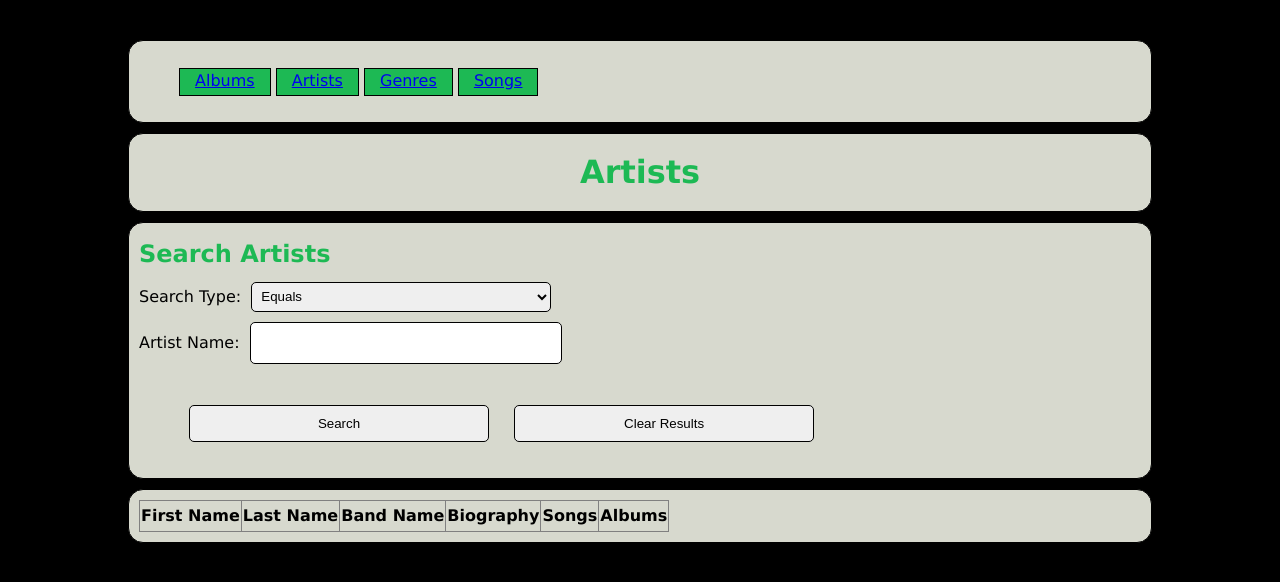
Repository: RRGTHWAR/bkg16_INFSCI1017
Page: bkg16_Music_FinalProject/WebContent/artist.html
The author's editor kept a copy of each file at every save. The page is drawn from the files as they stood at one save, then again after the next save.
The browser window is 1280 px wide. The pictures show the whole page.

Above is the page before, as saved 2019-04-18 01:22:28.

### bkg16_Music_FinalProject/WebContent/artist.html
<!DOCTYPE html>
<html>
<head>
<meta charset="UTF-8">
<title>Artists</title>
<link href="css/style.css" rel="stylesheet" type="text/css" />
<script src="js/jquery-3.3.1.min.js"></script>
</head>
<body>
	<div id="navBar">
		<ul>
			<li><a href="album.html" title="Albums">Albums</a></li>
			<li><a href="artist.html" title="Artists">Artists</a></li>
			<li><a href="genre.html" title="Genres">Genres</a></li>
			<li><a href="song.html" title="Songs">Songs</a></li>
		</ul>
	</div>
	<h1 id="mainHeader" >Artists</h1>
	<div id="artistSearch" class="searchBox" >
		<h2>Search Artists</h2>
		<div>
			Search Type:
			<select name="searchType" id="searchType" class="textField">
				<option value="equals">Equals</option>
				<option value="begins">Begins</option>
				<option value="ends">Ends</option>
				<option value="contains">Contains</option>
				<option value="">All</option>
			</select>
		</div>
		<div>
			Artist Name: <input type="text" id="artistName" name="artistName" value="" class="textField" />
		</div>
		<div id="btns" >
			<ul>
				<li><input type="button" id="btnSearch" name="btnSubmit" class="actButton" value="Search" /></li>
				<li><input type="button" id="btnClear" name ="btnClear" class="actButton" value="Clear Results" /></li>
			</ul>
		</div>
	</div>

	<div id="searchResults">
		<div id="targetName" ></div>
		<table border="1" id="tblSearchResults">
			<tr>
				<th>First Name</th>
				<th>Last Name</th>
				<th>Band Name</th>
				<th>Biography</th>
				<th>Songs</th>
				<th>Albums</th>
			</tr>
		</table>
	</div>

	</body>
	<script>

		$(document).ready(function (){

			// Check for song ID in address (which would mean the page was reached via a song link).
			// If song ID exists, retrieve song title via SongWS.
			if (window.location.href.indexOf("?songID=") > -1) {
				var addy = window.location.href;
				var songID = addy.substring(addy.indexOf("=") + 1);
				var songTitle = ""
					var url = "SongWS?songID=" + songID;
					$.get(url, function(resp) {
						songTitle = resp.title;
						// Add h2 with song title.
						var targetName = "<h2>Song Title: " + songTitle + "</h2>";
						$("#targetName").append(targetName);
					});
				// Pull list of artists associated with target song.
				var url = "ArtistListWS?songID=" + songID;
				$.get(url, function(resp){
					parseArtistData(resp);
				})
			};

			// Check for album ID in address (which would mean the page was reached via an album link).
			// If song ID exists, retrieve song title via SongWS.
			if (window.location.href.indexOf("?albumID=") > -1) {
				var addy = window.location.href;
				var albumID = addy.substring(addy.indexOf("=") + 1);
				var albumTitle = ""
					var url = "AlbumWS?albumID=" + albumID;
					$.get(url, function(resp) {
						albumTitle = resp.title;
						// Add h2 with album title.
						var targetName = "<h2>Album Title: " + albumTitle + "</h2>";
						$("#targetName").append(targetName);
					});
				// Pull list of artists associated with target album.
				var url = "ArtistListWS?albumID=" + albumID;
				$.get(url, function(resp){
					parseArtistData(resp);
				})
			};

			// Load "Clear" button functionality.
			$("#btnClear").click(function (){
				clearResultsTable();
			});

			// Load "Search" button functionality.
			$("#btnSearch").click(function (){
				search();
			});

			// Autocomplete listener that activates if more than two characters have bene entered in search term field.
			$("#artistName").keyup(function(){
				var keyPressed = $("#artistName").val();
				if(keyPressed.length > 2) {
					search();
				} else {
					clearResultsTable();
				}
			});
		});

		// Main search function.
		function search(optSearchType) {
			clearResultsTable();
			var artistName = $("#artistName").val();
			var searchType = "";
			// Logic for dealing with optional parameters.
			if(optSearchType === undefined) {
				var searchType = $("#searchType").val();
			} else{
				searchType = optSearchType;
			}
			var url = "ArtistListWS?artistName=" + artistName + "&searchType=" + searchType;
			$.get(url, function(resp){
				parseArtistData(resp);
			})
		}

		function parseArtistData(data){
			var result = "";

			for(var i=0; i < data.length; i++) {
				var tr = $("<tr></tr>"); //Created empty html table row

				//First data cell
				var td = $("<td></td>"); //Created empty html table data
				td.html(data[i].first_name);
				tr.append(td);

				//Second data cell
				td = $("<td></td>");
				td.html(data[i].last_name);
				tr.append(td);

				//Third data cell
				td = $("<td></td>");
				td.html(data[i].band_name);
				tr.append(td);

				//Fourth data cell
				td = $("<td></td>");
				td.html(data[i].bio);
				tr.append(td);

				//Fifth data cell
				td = $("<td class='songLink'></td>");
				var link = "<a href='song.html?artistID=" + data[i].artist_id + "'>View Songs</a>";
				td.html(link);
				tr.append(td);

				//Sixth data cell
				td = $("<td class='albumLink'></td>");
				var link = "<a href='album.html?artistID=" + data[i].artist_id + "'>View Albums</a>";
				td.html(link);
				tr.append(td);

				//Append row to table
				$("#tblSearchResults").append(tr);
			}

		}

		// Function to clear results table when necessary.
		// Source: https://stackoverflow.com/questions/2620181/clear-table-jquery
		function clearResultsTable() {
			$("#tblSearchResults td").parent().remove();
			$("#targetName").remove();
		}

		// Function to make pressing "Enter" the same as clicking "Search."
		//Source: https://memorynotfound.com/detect-enter-keypress-javascript-jquery/
		$(document).keypress(function(e) {
			var keycode = (e.keyCode ? e.keyCode : e.which);
			if (keycode == '13') {
				$("#btnSearch").click();
			}
		});

	</script>
</html>

### bkg16_Music_FinalProject/WebContent/css/style.css
@charset "UTF-8";

html, body {
	background-color: black;
}

body {
	font-family: Verdana, Geneva, sans-serif;
	font-size: 100%;
	width: 80%;
	margin-right: auto;
	margin-left: auto;
	padding: 2.5% 2.5% 0;
	line-height: 1.8;
}

h1, h2, h3, h4, h5, h6, p {
	margin: 0;
	padding: 0;
}

h1, h2, h3, h4, h5, h6 {
	color: #1DB954;
}

p {
	margin-bottom: 1em;
}

#navBar {
	background-color: #D7D9CE;
	border: 1px solid #000;
	padding: 10px;
	border-radius: 15px;
}

#navBar ul li {
	background-color: #1DB954;
	margin-left: 0;
	margin-bottom: 10px;
	padding: 2px 15px 5px;
	border: 1px solid #000;
	list-style: none;
	display: inline;
}

#mainHeader {
	background-color: #D7D9CE;
	border: 1px solid #000;
	padding: 10px;
	margin-top: 10px;
	border-radius: 15px;
	text-align: center;
}

.searchBox {
	background-color: #D7D9CE;
	border: 1px solid #000;
	padding: 10px;
	margin-top: 10px;
	border-radius: 15px;
	margin-bottom: 10px;
}

.textField {
	border: 1px solid #000;
	border-radius: 5px;
	padding: 5px;
	margin: 5px;
	width: 300px;
	height: 30px;
}

#searchResults {
	background-color: #D7D9CE;
	border: 1px solid #000;
	padding: 10px;
	margin-top: 10px;
	border-radius: 15px;
	display: block;
	margin: 0 auto;
}

#btns ul li {
	padding: 10px;
	margin-top: 10px;
	border-radius: 15px;
	text-align: center;
	list-style: none;
	display: inline-block;
}

input[type=button] {
	border: 1px solid #000;
	padding: 10px;
	border-radius: 5px;
	display: inline-block;
	margin: 0 auto;
	width: 300px;
}

#tblSearchResults {
	border-collapse: collapse;
}

#tblSearchResults tr th td {
	border: 1px solid #000;
	padding: 5px;
	border-collapse: collapse;
	display: inline-block;
	margin: 0 auto;
	text-align: center;
}

Loaded but not shown: bkg16_Music_FinalProject/WebContent/js/jquery-3.3.1.min.js (library)

After the next save:
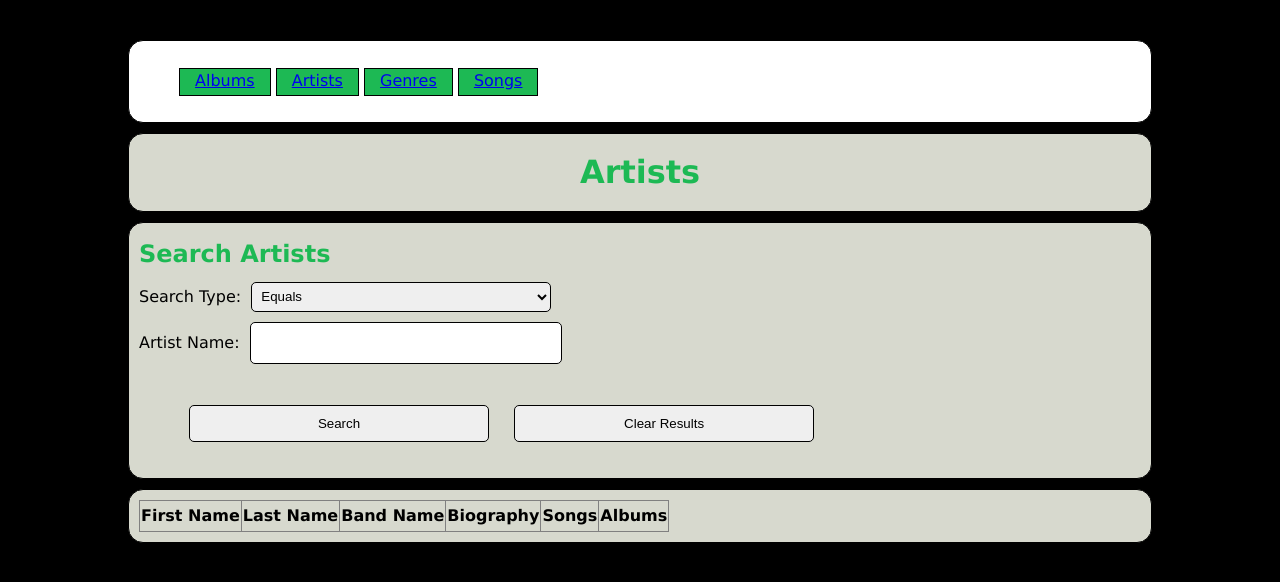
Saved 2 min 24 s later.
--- a/bkg16_Music_FinalProject/WebContent/css/style.css
+++ b/bkg16_Music_FinalProject/WebContent/css/style.css
@@ -28,7 +28,7 @@
 }
 
 #navBar {
-	background-color: #D7D9CE;
+	background-color: #FFF;
 	border: 1px solid #000;
 	padding: 10px;
 	border-radius: 15px;

After the save that followed:
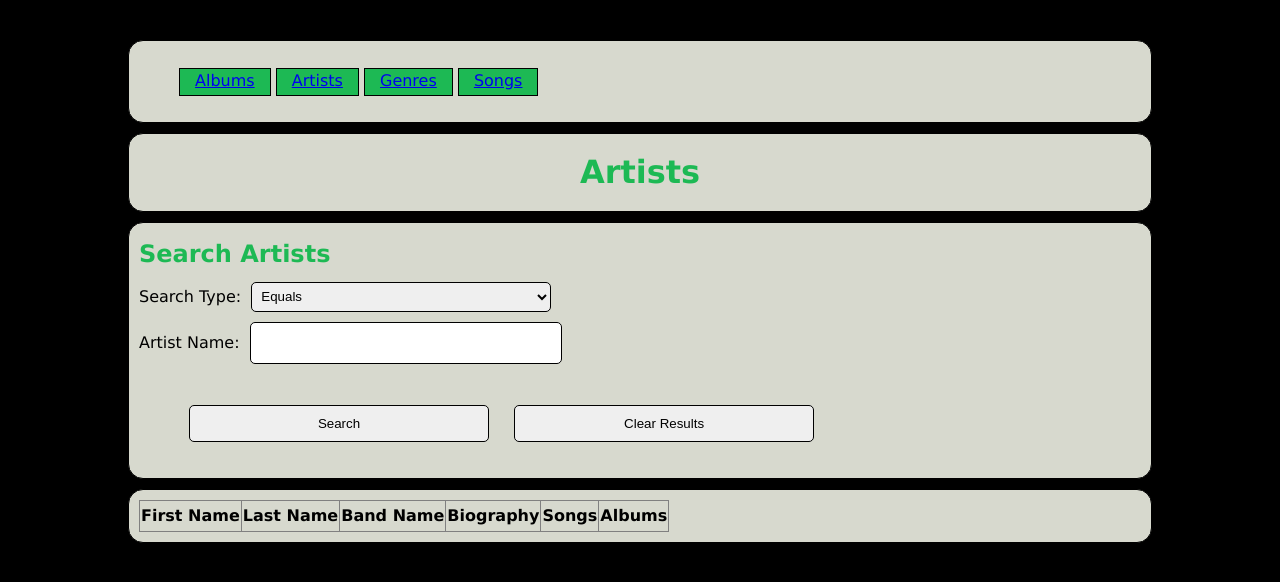
Saved 21 s later.
--- a/bkg16_Music_FinalProject/WebContent/css/style.css
+++ b/bkg16_Music_FinalProject/WebContent/css/style.css
@@ -28,7 +28,7 @@
 }
 
 #navBar {
-	background-color: #FFF;
+	background-color: #D7D9CE;
 	border: 1px solid #000;
 	padding: 10px;
 	border-radius: 15px;
